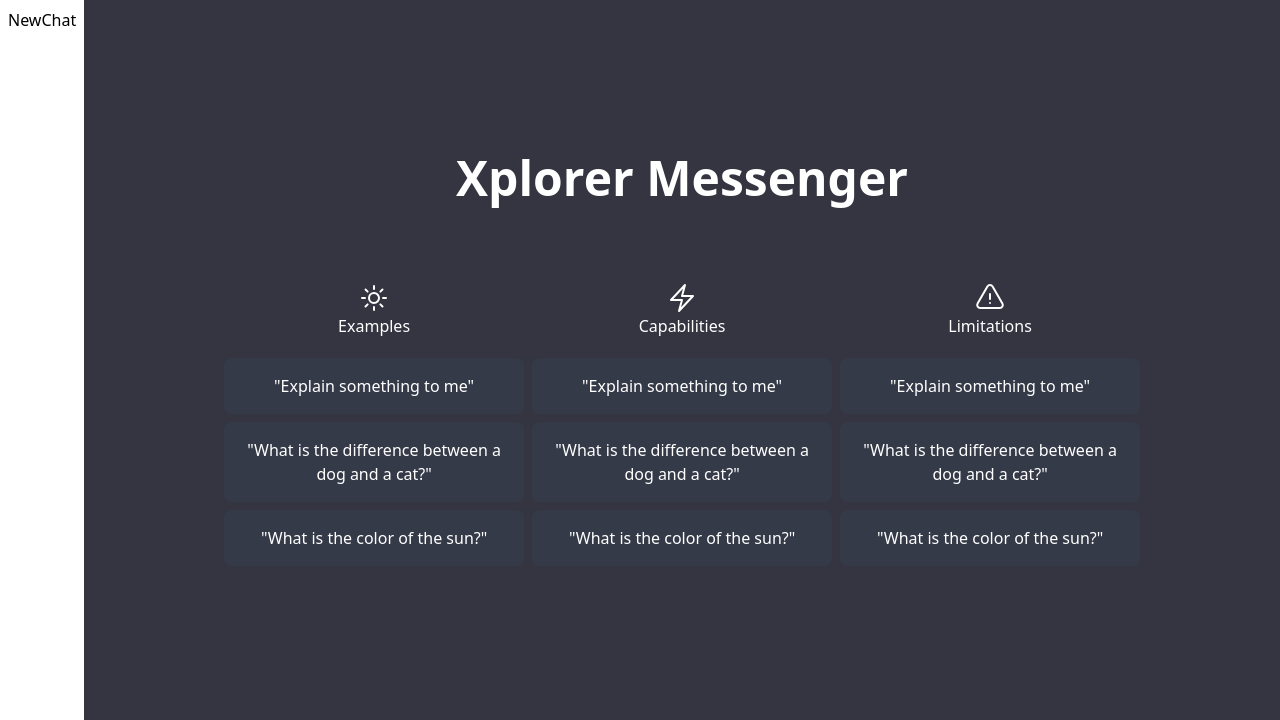
Repository: Curiosityxploring/xplorer-messanger
Page: /
An editor plug-in stored every save of this project. The page is shown before and after the next save, followed by the edit.
The browser window is 1280 px wide. The pictures show the whole page.
The project was rebuilt for these pictures with package versions that can differ from the ones it lists, and the page was loaded fresh each time. The framework's server and built-in components were replaced by stand-ins that run in the browser. Also part of the build but not shown: next.config.js.

Above is the page before, as saved 2023-02-09 19:58:50.

After the next save:
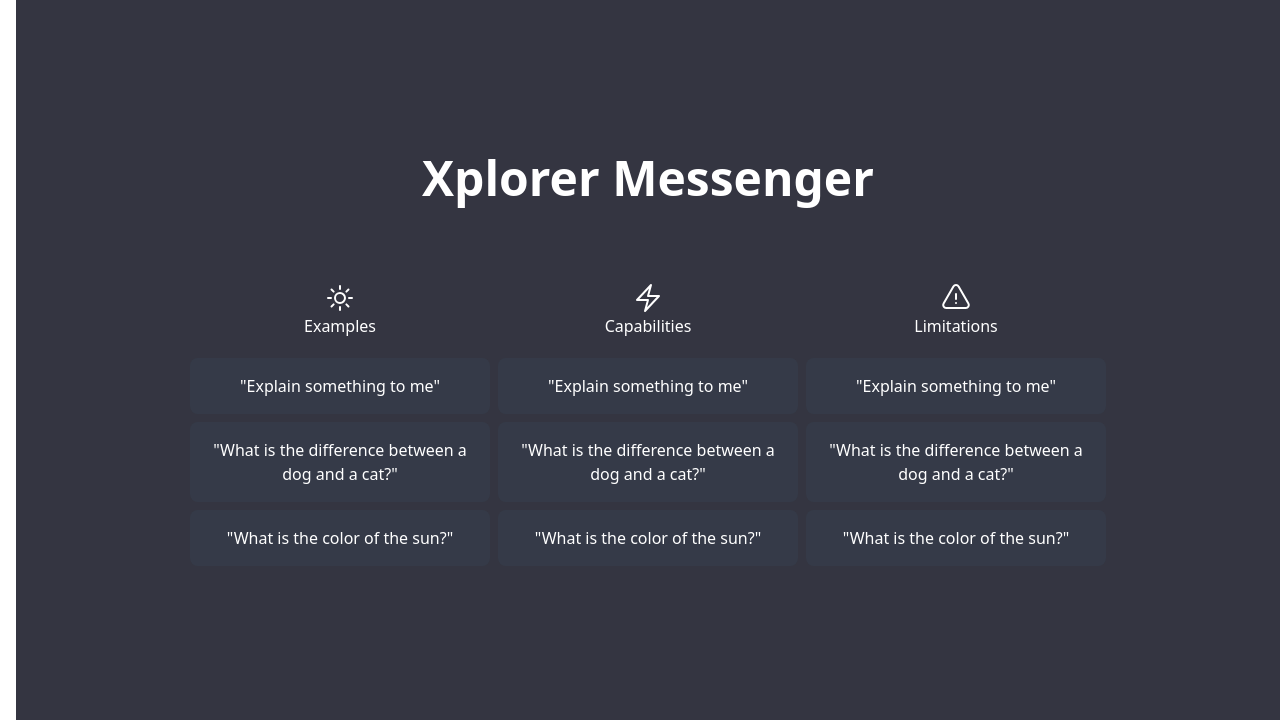
Saved 37 s later.
--- a/components/NewChat.tsx
+++ b/components/NewChat.tsx
@@ -1,7 +1,9 @@
 import React from "react";
 
 function NewChat() {
-  return <div>NewChat</div>;
+  return <div>
+
+  </div>;
 }
 
 export default NewChat;
